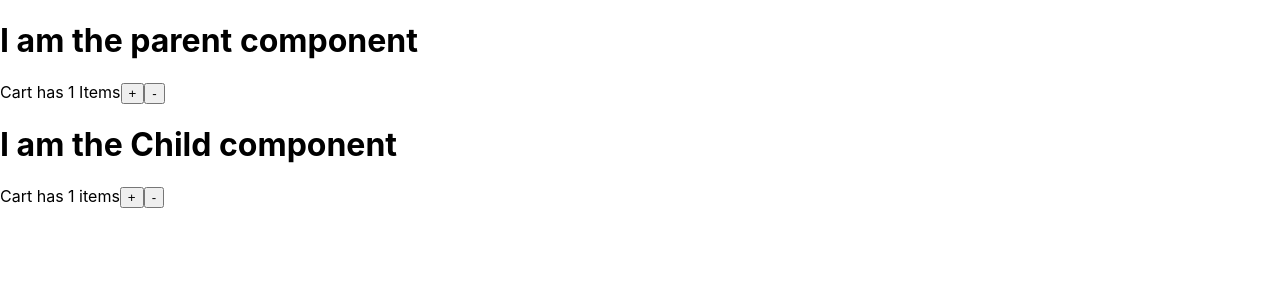
Repository: rajascript/simple-redux
Page: /
An editor plug-in stored every save of this project. The page is shown before and after the next save, followed by the edit.
The browser window is 1280 px wide. The pictures show the whole page.
The project was rebuilt for these pictures with package versions that can differ from the ones it lists, and the page was loaded fresh each time.

Above is the page before, as saved 2020-05-26 10:25:18.

After the next save:
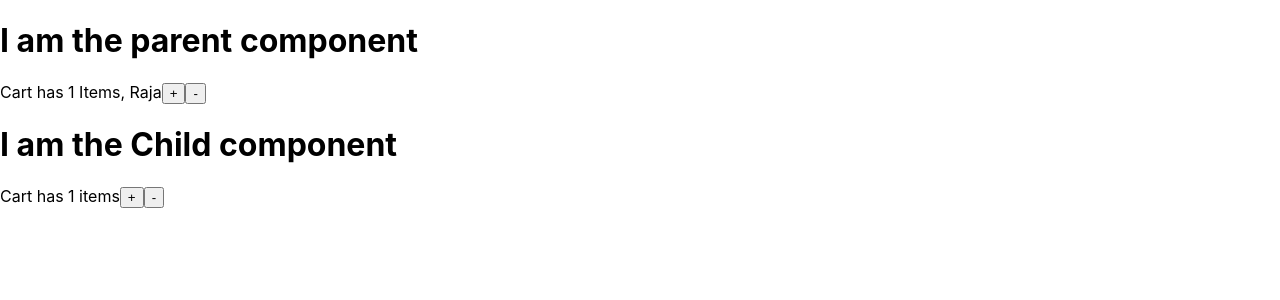
Saved 76 s later.
--- a/src/App.js
+++ b/src/App.js
@@ -1,5 +1,6 @@
 import React from "react";
-import Child from "./Child";
+import MyChildComp from "./Child";
+import { name } from "./Child";
 class App extends React.Component {
   constructor(props) {
     super(props);
@@ -10,7 +11,8 @@ class App extends React.Component {
   render() {
     return (
       <div className="App">
-        <h1>I am the parent component</h1>Cart has {this.state.elements} Items
+        <h1>I am the parent component</h1>Cart has {this.state.elements} Items,{" "}
+        {name}
         <button
           onClick={() => this.setState({ elements: this.state.elements + 1 })}
         >
@@ -21,7 +23,7 @@ class App extends React.Component {
         >
           -
         </button>
-        <Child item={this.state.elements} />
+        <MyChildComp item={this.state.elements} />
       </div>
     );
   }
